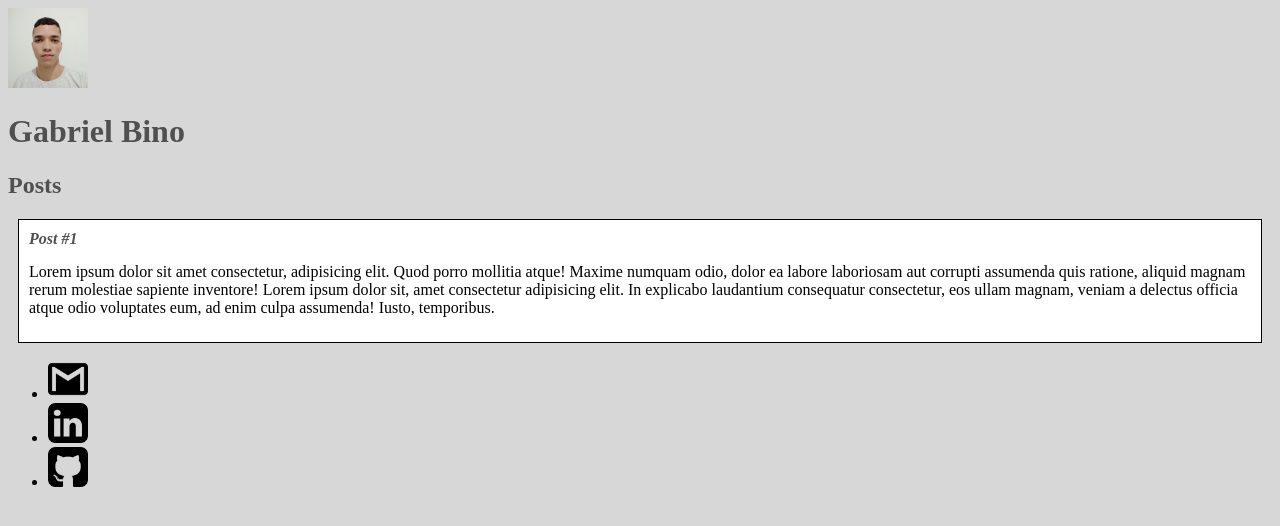
Repository: gabrielbino/projects-dio
Page: html e css/index.html
These files come from the project's save history. The page is drawn as it stood at one moment and after the next save; the edit follows.
The browser window is 1280 px wide. The pictures show the whole page.

Above is the page before, as saved 2021-10-15 18:38:29.

### html e css/index.html
<!DOCTYPE html>
<html lang="pt-br">
  <head>
    <meta charset="UTF-8" />
    <meta name="viewport" content="width=device-width, initial-scale=1.0" />
    <link rel="stylesheet" href="style.css" />
    <title>Gabriel Bino</title>
  </head>
  <body>
    <header>
      <img
        src="img/option_profile.jpeg"
        alt="Ilustração do rosto de Gabriel Bino"
        width="80px"
        height="80px"
      />
      <h1 id="title">Gabriel Bino</h1>
    </header>
    <section>
      <header>
        <h2 class="subtitle">Posts</h2>
      </header>
      <article class="post">
        <header>
          <h3 class="post_title">Post #1</h3>
        </header>
        <p class="post_content">
          Lorem ipsum dolor sit amet consectetur, adipisicing elit. Quod porro
          mollitia atque! Maxime numquam odio, dolor ea labore laboriosam aut
          corrupti assumenda quis ratione, aliquid magnam rerum molestiae
          sapiente inventore! Lorem ipsum dolor sit, amet consectetur
          adipisicing elit. In explicabo laudantium consequatur consectetur, eos
          ullam magnam, veniam a delectus officia atque odio voluptates eum, ad
          enim culpa assumenda! Iusto, temporibus.
        </p>
      </article>
    </section>
    <footer>
      <ul>
        <li>
          <a href="mailto:gabriellf650@gmail.com" target="_blank"
            ><img
              src="img/gmail.png"
              alt="Link com a logo do Gmail"
              width="40px"
              height="40px"
            />
          </a>
        </li>
        <li>
          <a
            href="https://www.linkedin.com/in/gabriel-fernandes-bino-456499195/"
            target="_blank"
            ><img
              src="img/lkdn.png"
              alt="Link com a logo do LinkedIn"
              width="40px"
              height="40px"
            />
          </a>
        </li>
        <li>
          <a href="https://github.com/gabrielbino" target="_blank"
            ><img
              src="img/github.png"
              alt="Link com a logo do Github"
              width="40px"
              height="40px"
            />
          </a>
        </li>
      </ul>
    </footer>
  </body>
</html>

### html e css/style.css
body {
  background-color: #d7d7d7;
}

#title,
.subtitle,
.post_title {
  color: #505050;
}

.post_title {
  font-size: 16px;
  font-style: italic;
  margin: 0;
  margin-bottom: 15px;
}

.post {
  background-color: #fff;
  padding: 10px;
  border: 1px solid #000;
  margin: 10px;
  margin-bottom: 15px;
}

.post_content {
  margin: 0;
  margin-bottom: 15px;
}

After the next save:
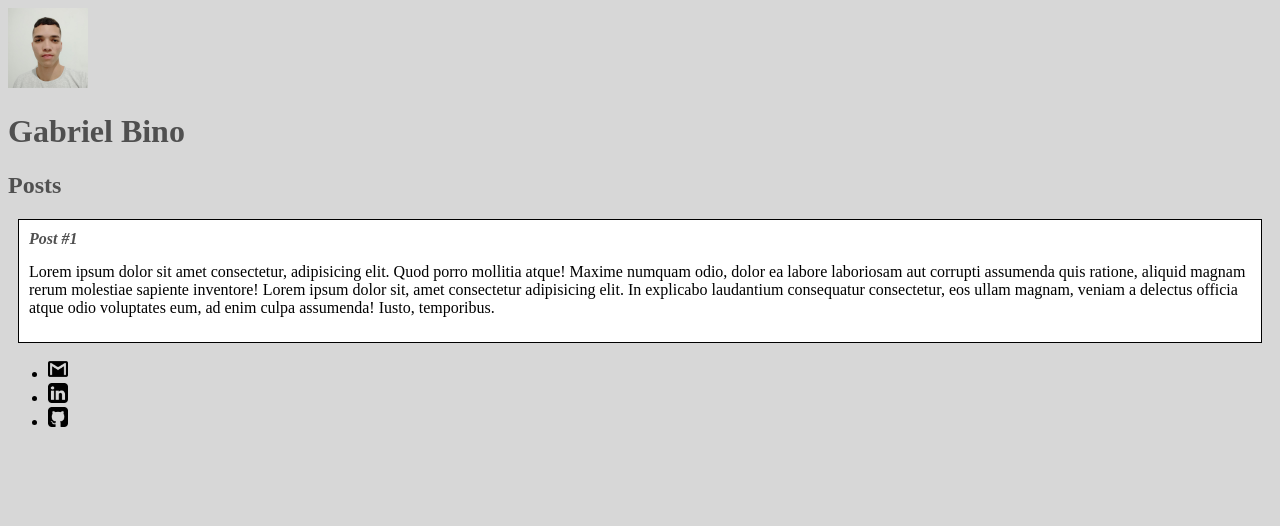
Saved 25 s later.
--- a/html e css/index.html
+++ b/html e css/index.html
@@ -42,8 +42,8 @@
             ><img
               src="img/gmail.png"
               alt="Link com a logo do Gmail"
-              width="40px"
-              height="40px"
+              width="20px"
+              height="20px"
             />
           </a>
         </li>
@@ -54,8 +54,8 @@
             ><img
               src="img/lkdn.png"
               alt="Link com a logo do LinkedIn"
-              width="40px"
-              height="40px"
+              width="20px"
+              height="20px"
             />
           </a>
         </li>
@@ -64,8 +64,8 @@
             ><img
               src="img/github.png"
               alt="Link com a logo do Github"
-              width="40px"
-              height="40px"
+              width="20px"
+              height="20px"
             />
           </a>
         </li>
